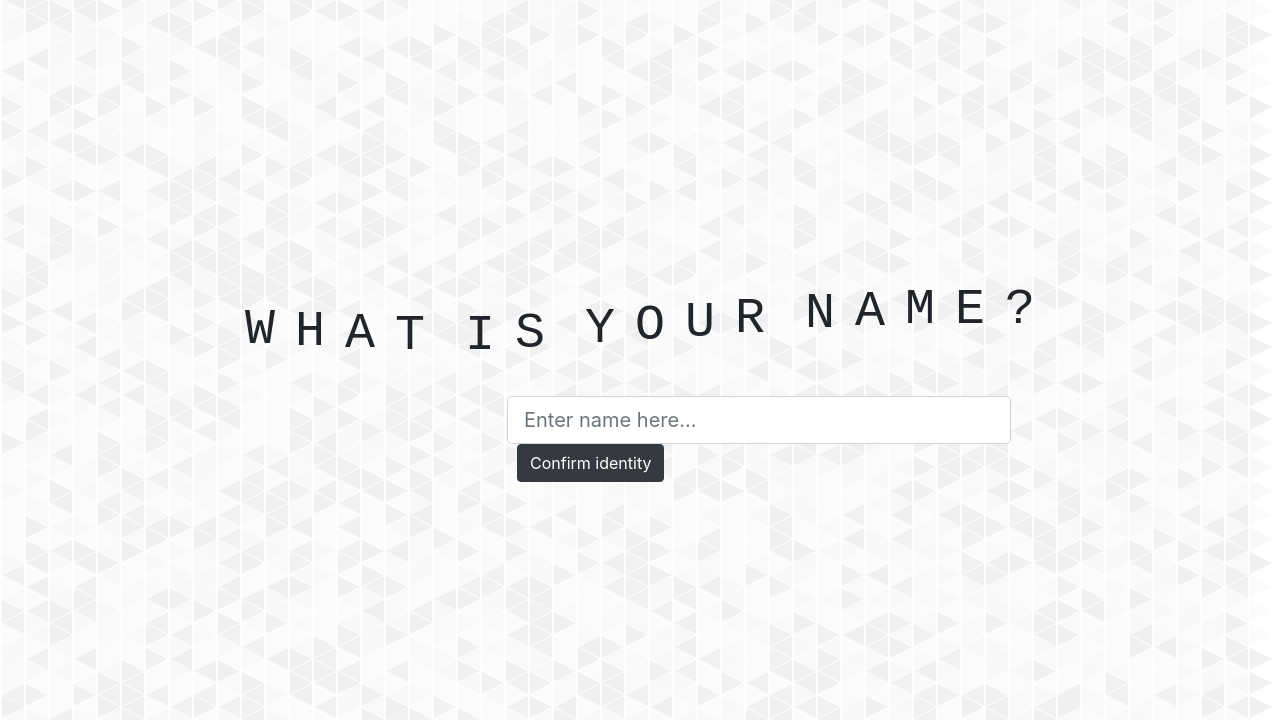
Repository: Aaquib111/Aaquib111.github.io
Page: index.html
The author's editor kept a copy of each file at every save. The page is drawn from the files as they stood at one save, then again after the next save.
The browser window is 1280 px wide. The pictures show the whole page.

Above is the page before, as saved 2021-05-12 22:07:29.

After the next save:
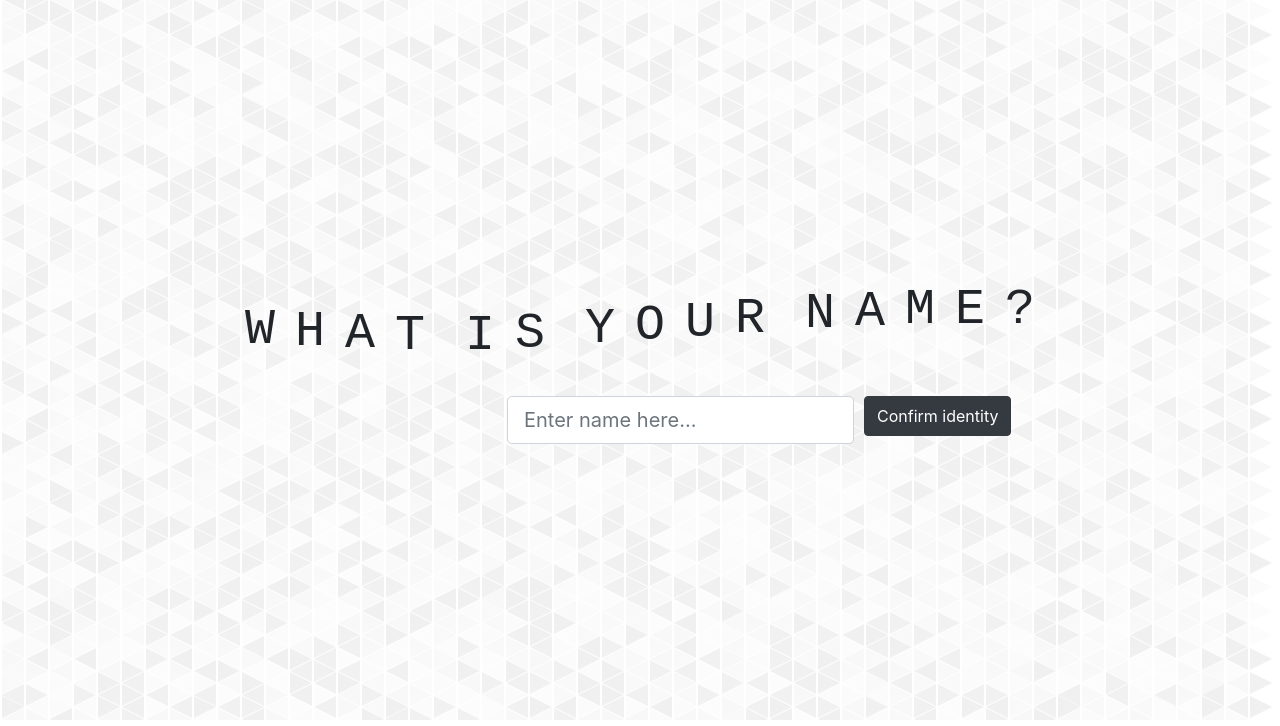
Saved 50 s later.
--- a/index.html
+++ b/index.html
@@ -20,7 +20,7 @@
             <div id="wrap"></div>
             <div id="name">
                 <form onsubmit="return validateForm()" method="post">
-                    <div class="form-row">
+                    <div class="form-row" style="flex-wrap: nowrap;">
                         <input class="form-control form-control-lg" type="password" name="firstname" placeholder="Enter name here...">
                         <button type="submit" class="btn btn-dark mb-2" style="margin-left: 10px;">Confirm identity</button>
                     </div>
